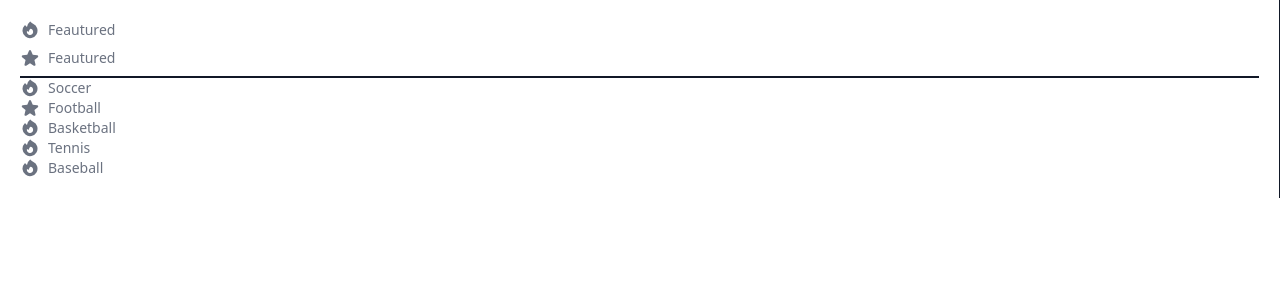
Repository: thekingisherenow/Betterbook
Page: /
The author's editor kept a copy of each file at every save. The page is drawn from the files as they stood at one save, then again after the next save.
The browser window is 1280 px wide. The pictures show the whole page.
The project was rebuilt for these pictures with package versions that can differ from the ones it lists, and the page was loaded fresh each time. The framework's server and built-in components were replaced by stand-ins that run in the browser. Also part of the build but not shown: next.config.js.

Above is the page before, as saved 2023-01-16 16:05:24.

### src/pages/_app.tsx
import type { AppProps } from 'next/app'
import { Provider } from 'react-redux'
import store from '../core/store'
import '../core/styles/root.css'

const App = (props: AppProps) => {
  const { Component, pageProps } = props
  return (
    <Provider store={store}>
      <Component {...pageProps} />
    </Provider>
  )
}

export default App

### src/pages/index.tsx
import type { NextPage } from 'next'
import { useEffect, useState } from 'react'
import API from '../core/services'
import { Game } from '../types/game'
import Sidebar from '../components/Typography/Sidebar'

const IndexPage: NextPage = () => {
  const [games, setGames] = useState<Game[]>([])

  useEffect(() => {
    API.games.fetchGames().then(setGames)
  }, [])

  return <div>
        <main >
            {/* Sidebar */}
            <Sidebar/>
            {/* Center  */}

        </main>
  </div>
}

export default IndexPage

### src/core/store/index.ts
import { configureStore } from '@reduxjs/toolkit'
import { counterReducer } from './slices/counterSlice'

const store = configureStore({
  reducer: {
    counter: counterReducer,
  },
})

export default store

### src/core/services/index.ts
import * as gamesServices from './games'

const API = {
  games: gamesServices,
}

export default API

### src/components/Typography/Sidebar.tsx
import React from 'react'
import { FireIcon, StarIcon } from '@heroicons/react/24/solid'

function Sidebar() {
    return (
        <div className='text-gray-500 p-5 text-sm border-r  border-gray-900'>
            <div>
                <div className='flex flex-col space-y-2'>
                    <button className='flex items-center space-x-2 hover:text-blue-600'>
                        <FireIcon className='w-5 h-5' />
                        <p>Feautured</p>
                    </button>
                    <button className='flex items-center space-x-2 hover:text-blue-600'>
                        <StarIcon className='w-5 h-5' />
                        <p>Feautured</p>
                    </button>
                    <hr className='border-t-2 border-gray-900' />
                </div>

                <div>
                    <button className='flex items-center space-x-2 hover:text-blue-600'>
                        <FireIcon className='w-5 h-5' />
                        <p>Soccer</p>
                    </button>
                    <button className='flex items-center space-x-2 hover:text-blue-600'>
                        <StarIcon className='w-5 h-5' />
                        <p>Football</p>
                    </button>
                    <button className='flex items-center space-x-2 hover:text-blue-600'>
                        <FireIcon className='w-5 h-5' />
                        <p>Basketball</p>
                    </button>
                    <button className='flex items-center space-x-2 hover:text-blue-600'>
                        <FireIcon className='w-5 h-5' />
                        <p>Tennis</p>
                    </button>
                    <button className='flex items-center space-x-2 hover:text-blue-600'>
                        <FireIcon className='w-5 h-5' />
                        <p>Baseball</p>
                    </button>
                </div>
            </div>
        </div>
    )
}

export default Sidebar

### src/core/store/slices/counterSlice.ts
import { createSlice } from '@reduxjs/toolkit'

export const counterSlice = createSlice({
  name: 'counter',
  initialState: {
    count: 0,
  },
  reducers: {
    setCount(state, { payload }) {
      state.count = payload
    },
  },
})

export const counterReducer = counterSlice.reducer

### src/core/services/games.ts
import { Game } from '../../types/game'

export const fetchGames = (): Promise<Game[]> => {
  return Promise.resolve([
    {
      id: '1',
      name: 'Spain vs Argentina',
    },
  ])
}

### tailwind.config.js
/** @type {import('tailwindcss').Config} */
module.exports = {
  content: [
    './src/pages/**/*.{js,ts,jsx,tsx}',
    './src/components/**/*.{js,ts,jsx,tsx}',
    './src/modules/**/*.{js,ts,jsx,tsx}',
  ],
  theme: {
    extend: {},
  },
  plugins: [],
}

Loaded but not shown: src/core/styles/root.css (common file)

After the next save:
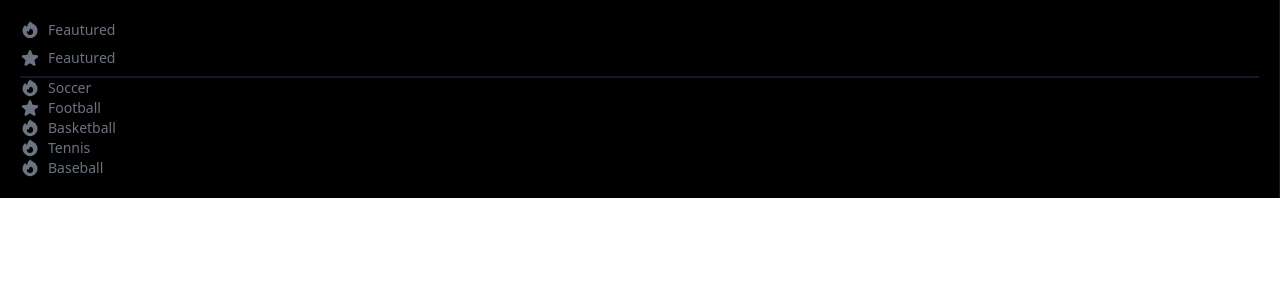
Saved 9 s later.
--- a/src/pages/index.tsx
+++ b/src/pages/index.tsx
@@ -12,7 +12,7 @@ const IndexPage: NextPage = () => {
   }, [])
 
   return <div>
-        <main >
+        <main className='bg-black'>
             {/* Sidebar */}
             <Sidebar/>
             {/* Center  */}
